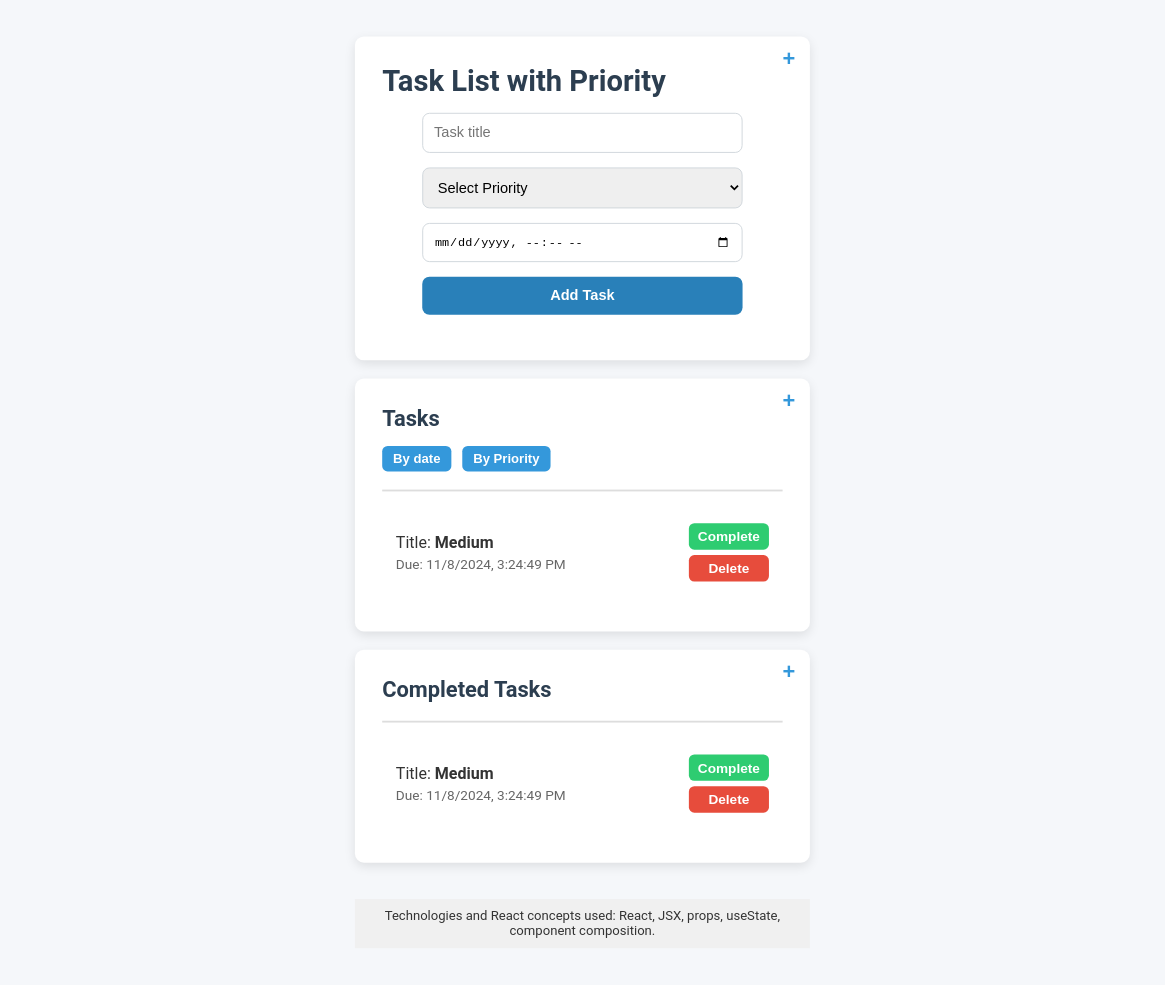
Repository: Lithium87/TaskList
Page: /
These files come from the project's save history. The page is drawn as it stood at one moment and after the next save; the edit follows.
The browser window is 1280 px wide. The pictures show the whole page, at 91% of full size.
The project was rebuilt for these pictures with package versions that can differ from the ones it lists, and the page was loaded fresh each time. Also part of the build but not shown: vite.config.js.

Above is the page before, as saved 2025-07-08 17:09:22.

### src/index.css
/* General app styles */
* {
  box-sizing: border-box;
  margin: 0;
  padding: 0;
}

body {
  font-family: "Roboto", sans-serif;
  background-color: #f5f7fa;
  display: flex;
  justify-content: center;
  align-items: flex-start;
  min-height: 100vh;
  padding: 40px;
  color: #333;
}

.app {
  display: flex;
  flex-direction: column;
  gap: 20px;
  max-width: 500px;
  width: 100%;
}

/* Main container for current tasks and completed tasks */
.task-container,
.completed-task-container {
  position: relative;
  background-color: #ffffff;
  border-radius: 10px;
  box-shadow: 0 4px 12px rgba(0, 0, 0, 0.1);
  padding: 30px;
}

/* Headings */
h1,
h2 {
  color: #2c3e50;
  margin-bottom: 16px;
}

/* Completed Task toggle button */
.completed-header {
  display: flex;
  align-items: center;
  justify-content: space-between;
}

.toggle-button {
  background: none;
  border: none;
  cursor: pointer;
  font-size: 1.2em;
  color: #3498db;
  transition: transform 0.3s ease;
}

.toggle-button.open {
  transform: rotate(180deg);
}

/* Sort buttons container */
.sort-controls {
  display: flex;
  justify-content: start;
  align-items: center;
  gap: 12px;
  margin-bottom: 20px;
}

/* Close/open button for sections */
.close-button {
  background: none;
  border: none;
  font-size: 1.5em;
  font-weight: bold;
  color: #3498db;
  cursor: pointer;
  position: absolute;
  top: 10px;
  right: 16px;
  padding: 0;
  transition: color 0.3s, transform 0.3s ease;
}

.close-button.open {
  transform: rotate(135deg); /* Turns "×" into "+" */
  color: #2980b9;
}

.close-button:hover {
  color: #2980b9;
}

/* Sort buttons */
.sort-button {
  padding: 6px 12px;
  background-color: #3498db;
  border: none;
  color: white;
  font-size: 0.9em;
  font-weight: bold;
  border-radius: 6px;
  cursor: pointer;
  transition: background-color 0.3s;
}

.sort-button.active {
  background-color: #2980b9;
  font-weight: bold;
}

.sort-button:hover {
  background-color: #2980b9;
}

/* Task form styles */
.task-form {
  display: flex;
  flex-direction: column;
  align-items: center;
  margin-bottom: 20px;
  animation: fade-in 0.5s ease-in-out;
}

.task-form input[type="text"],
.task-form select,
.task-form input[type="datetime-local"] {
  margin: 0 0 16px 0;
  padding: 12px;
  border-radius: 8px;
  border: 1px solid #ced4da;
  width: 80%;
  font-size: 1em;
  transition: border 0.3s;
}

.task-form input:focus,
.task-form select:focus,
.task-form input[type="datetime-local"]:focus {
  outline: none;
  border-color: #3498db;
}

.task-form button {
  padding: 12px 24px;
  border: none;
  background-color: #2980b9;
  color: white;
  font-size: 1em;
  font-weight: bold;
  border-radius: 8px;
  cursor: pointer;
  transition: background-color 0.3s, transform 0.2s;
  width: 80%;
}

.task-form button:hover {
  background-color: #2980b9;
  transform: translateY(-2px);
}

/* Task list styles */
.task-list,
.completed-task-list {
  list-style-type: none;
  padding: 0;
  width: 100%;
}

/* Task item styles */
.task-item {
  padding: 15px;
  border-radius: 8px;
  display: flex;
  justify-content: space-between;
  align-items: center;
  margin: 10px 0;
  font-size: 1.1em;
  transition: transform 0.2s, opacity 0.3s;
  animation: fade-in 0.5s ease-in-out;
}

.task-item.high {
  background-color: #f8d7da;
  color: #721c24;
  border-left: 6px solid #f5c6cb;
}

.task-item.medium {
  background-color: #fff3cd;
  color: #856404;
  border-left: 6px solid #ffeeba;
}

.task-item.low {
  background-color: #d4edda;
  color: #155724;
  border-left: 6px solid #c3e6cb;
}

.task-item:hover {
  transform: scale(1.02);
}

.task-info {
  flex: 1;
  text-align: left;
}

/* Date text style */
.task-deadline {
  font-size: 0.85em;
  color: #666;
  margin-top: 5px;
}

/* Buttons container for vertical alignment */
.task-buttons {
  display: flex;
  flex-direction: column;
  gap: 6px;
}

/* Complete button */
.complete-button {
  padding: 6px 10px;
  background-color: #2ecc71;
  border: none;
  color: white;
  border-radius: 6px;
  font-size: 0.85em;
  font-weight: bold;
  cursor: pointer;
  transition: background-color 0.3s, transform 0.2s;
}

.complete-button:hover {
  background-color: #27ae60;
  transform: translateY(-2px);
}

/* Delete button */
.delete-button {
  padding: 6px 10px;
  background-color: #e74c3c;
  border: none;
  color: white;
  border-radius: 6px;
  font-size: 0.85em;
  font-weight: bold;
  cursor: pointer;
  transition: background-color 0.3s, transform 0.2s;
}

.delete-button:hover {
  background-color: #c0392b;
  transform: translateY(-2px);
}

/* Completed task item */
.task-item.completed {
  background-color: #e0f7df;
  color: #155724;
  border-left: 6px solid #a5d6a7;
  opacity: 0.9;
}

/* Animation for completed tasks */
.completed-task-list .task-item {
  animation: fade-in 0.5s ease-in-out;
}

@keyframes fade-in {
  from {
    opacity: 0;
    transform: translateY(-10px);
  }
  to {
    opacity: 1;
    transform: translateY(0);
  }
}

/* Completed task list container with smooth slide-down effect */
.completed-task-list-container {
  overflow: hidden;
  max-height: 0;
  opacity: 0;
  transition: max-height 0.5s ease, opacity 0.5s ease;
}

.completed-task-list-container.open {
  max-height: 500px; /* Adjust as needed */
  opacity: 1;
}

/* Completed task list section */
.completed-task-list,
.task-list {
  margin-top: 20px;
  padding-top: 10px;
  border-top: 2px solid #ddd;
}

.footer {
  text-align: center;
  margin-top: 20px;
  padding: 10px;
  background-color: #f0f0f0;
  font-size: 0.9em;
}

### src/App.jsx
function App () {
  return (
    <div className="app">
      <div className="task-container">
        <h1>Task List with Priority</h1>
        <button className="close-button">+</button>
        <TaskForm />
      </div>

      <div className="task-container">
        <h2>Tasks</h2>
        <button className="close-button">+</button>
        <div className="sort-controls">
          <button className="sort-button">By date</button>
          <button className="sort-button">By Priority</button>
        </div>
        <TaskList />
      </div>

      <div className="completed-task-container">
        <h2>Completed Tasks</h2>
        <button className="close-button">+</button>
        <CompletedTaskList />
      </div>

      <Footer />
    </div>
  );
}

const TaskForm = () => {
  return (
    <form className="task-form">
      <input type="text" value={''} placeholder="Task title" required />
      <select value={''} required>
        <option value="" disabled>Select Priority</option>
        <option value="low">Low Priority</option>
        <option value="medium">Medium Priority</option>
        <option value="high">High Priority</option>
      </select>
      <input type="datetime-local" value={''} required />
      <button type="submit">Add Task</button>
    </form>
  );
};

const TaskList = () => {
  return (
    <ul className="task-list">
      <TaskItem title="Task 1" priority="low" dueDate="2023-10-01T10:00" />
    </ul>
  );
};

const TaskItem = () => {
  return (
    <li className="task-item">
      <div className="task-info">
        <div>
          Title: <strong>Medium</strong>
        </div>
        <div className="task-deadline">
          Due: {new Date ().toLocaleString ()}
        </div>
      </div>
      <div className="task-buttons">
        <button className="complete-button">Complete</button>
        <button className="delete-button">Delete</button>
      </div>
    </li>
  );
};

const CompletedTaskList = () => {
  return (
    <ul className="completed-task-list">
      <TaskItem />
    </ul>
  );
};

const Footer = () => {
  return (
    <footer className="footer">
      <p>
        Technologies and React concepts used: React, JSX, props, useState,
        component composition.
      </p>
    </footer>
  );
};

export default App;

Loaded but not shown: src/main.jsx (common file)

After the next save:
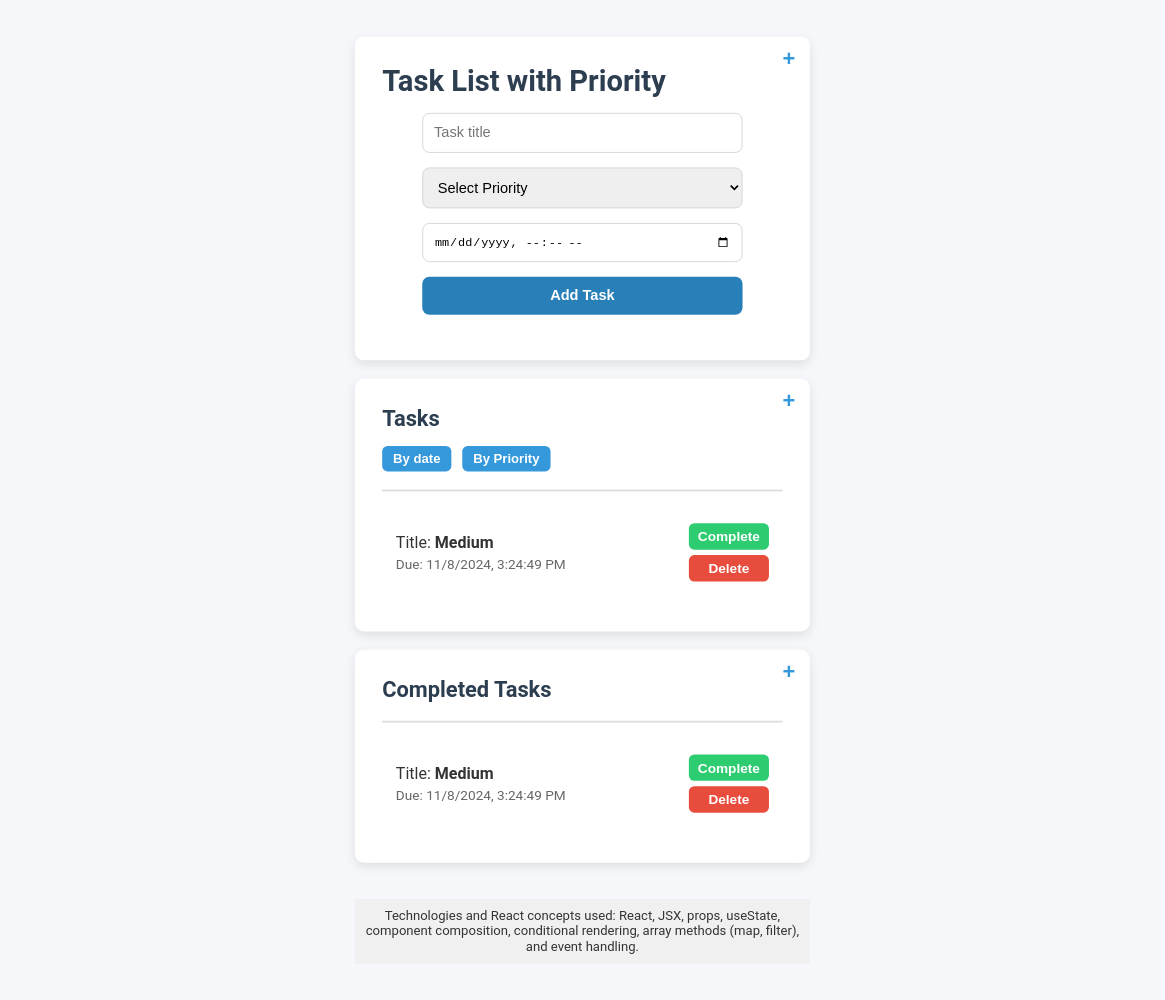
Saved 35 s later.
--- a/src/App.jsx
+++ b/src/App.jsx
@@ -84,7 +84,8 @@ const Footer = () => {
     <footer className="footer">
       <p>
         Technologies and React concepts used: React, JSX, props, useState,
-        component composition.
+        component composition, conditional rendering,
+        array methods (map, filter), and event handling.
       </p>
     </footer>
   );
